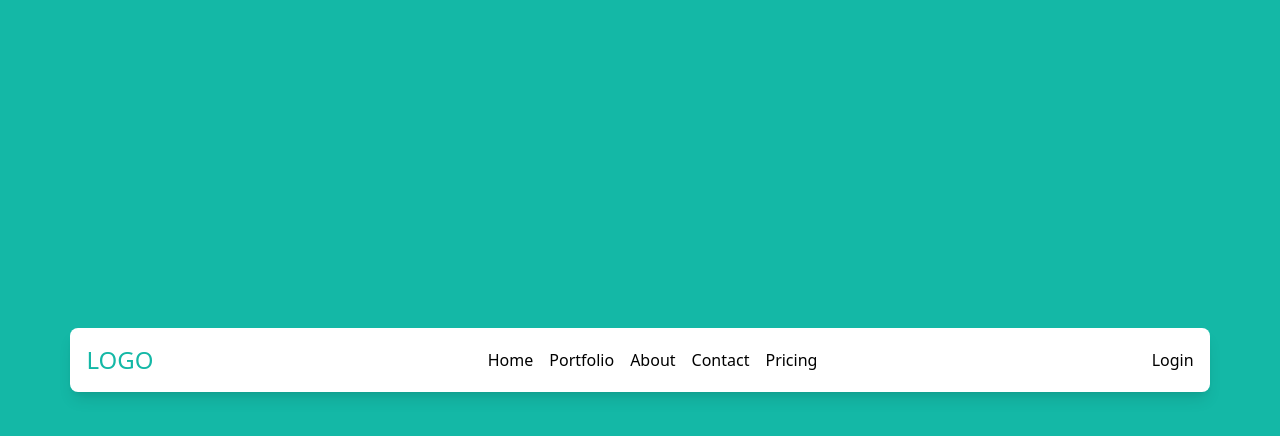
Repository: DevAntonioRogers/react-modal-with-dialog
Page: /
These files come from the project's save history. The page is drawn as it stood at one moment and after the next save; the edit follows.
The browser window is 1280 px wide. The pictures show the whole page.
The project was rebuilt for these pictures with package versions that can differ from the ones it lists, and the page was loaded fresh each time. Also part of the build but not shown: vite.config.ts.

Above is the page before, as saved 2023-05-10 08:46:51.

After the next save:
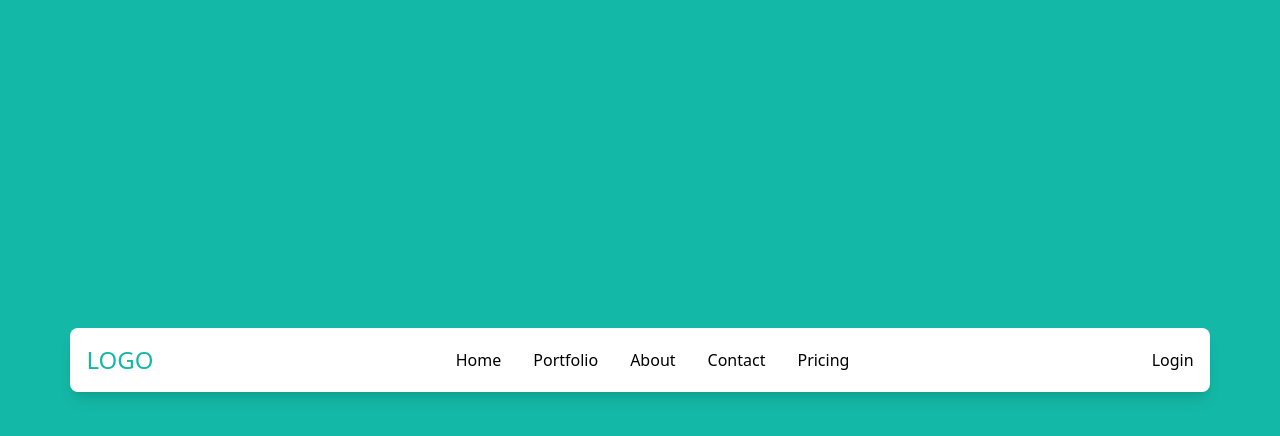
Saved 10 s later.
--- a/src/App.tsx
+++ b/src/App.tsx
@@ -6,7 +6,7 @@ function App() {
           <h1 className="text-2xl text-teal-500">LOGO</h1>
         </div>
 
-        <ul className="flex items-center gap-4">
+        <ul className="flex items-center gap-8">
           <li>
             <a href="#">Home</a>
           </li>
